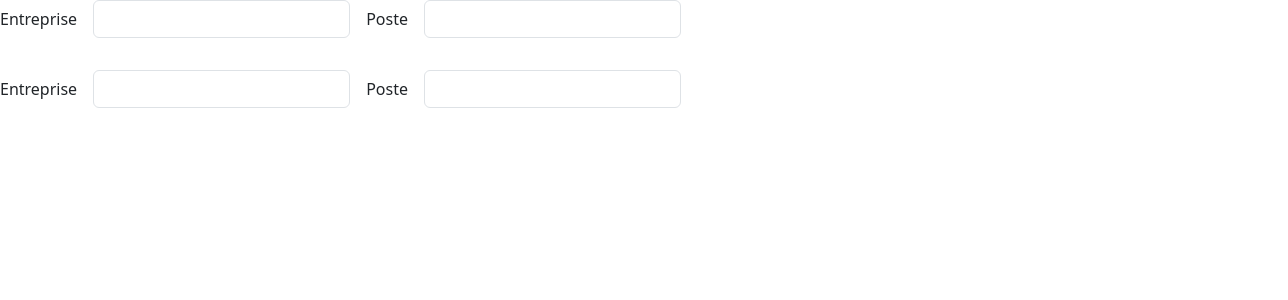
Repository: moAllElite/Examen-EJB-WEB-EAR
Page: http://localhost/SearchJobsWeb/views/exp_form_skills/main.jsp
The author's editor kept a copy of each file at every save. The page is drawn from the files as they stood at one save, then again after the next save.
The browser window is 1280 px wide. The page is 1288 px wide, so the pictures cover 1288 px, including what lies to the right of the window. The pictures show the whole page.
The page is served by Tomcat 9. Nobody is signed in. The application's start-up code is not run. Other server files are loaded and not shown.

Above is the page before, as saved 2023-03-25 22:13:32.

### SearchJobsWeb/src/main/webapp/views/exp_form_skills/main.jsp
<%@ page language="java" contentType="text/html; charset=ISO-8859-1"
    pageEncoding="ISO-8859-1"%>
<!DOCTYPE html>
<html>
<head>
<meta charset="ISO-8859-1">
<title>Insert title here</title>
	 <link href="https://cdn.jsdelivr.net/npm/bootstrap@5.3.0-alpha1/dist/css/bootstrap.min.css" rel="stylesheet" integrity="sha384-GLhlTQ8iRABdZLl6O3oVMWSktQOp6b7In1Zl3/Jr59b6EGGoI1aFkw7cmDA6j6gD" crossorigin="anonymous">

	</head>
	<body>
		<!-- Example Code -->

	    <div class="row g-3 align-items-center">
		      <div class="col-auto">
		        <label for="inputPassword6" class="col-form-label">Entreprise</label>
		      </div>
		      <div class="col-auto">
		        <input type="text"  class="form-control"  aria-describedby="addon-wrapping">
		      </div>
		      <div class="col-auto">
		      <label for="inputPassword6" class="col-form-label">Poste</label>
		    </div>
		    <div class="col-auto">
		      <input type="text"  class="form-control"  aria-describedby="addon-wrapping">
		    </div>
	  	</div>
	  	<!-- Example Code -->

	    <div class="row g-3 align-items-center mt-3">
	      <div class="col-auto">
	        <label for="inputPassword6" class="col-form-label">Entreprise</label>
	      </div>
	      <div class="col-auto">
	        <input type="text"  class="form-control"  aria-describedby="addon-wrapping">
	      </div>
	      <div class="col-auto">
	      <label for="inputPassword6" class="col-form-label">Poste</label>
	    </div>
	    <div class="col-auto">
	      <input type="text"  class="form-control"  aria-describedby="addon-wrapping">
	    </div>
	  </div>
	  	<script src="https://cdn.jsdelivr.net/npm/@popperjs/core@2.11.6/dist/umd/popper.min.js" integrity="sha384-oBqDVmMz9ATKxIep9tiCxS/Z9fNfEXiDAYTujMAeBAsjFuCZSmKbSSUnQlmh/jp3" crossorigin="anonymous"></script>
		<script src="https://cdn.jsdelivr.net/npm/bootstrap@5.3.0-alpha1/dist/js/bootstrap.min.js" integrity="sha384-mQ93GR66B00ZXjt0YO5KlohRA5SY2XofN4zfuZxLkoj1gXtW8ANNCe9d5Y3eG5eD" crossorigin="anonymous"></script>

	</body>
</html>

After the next save:
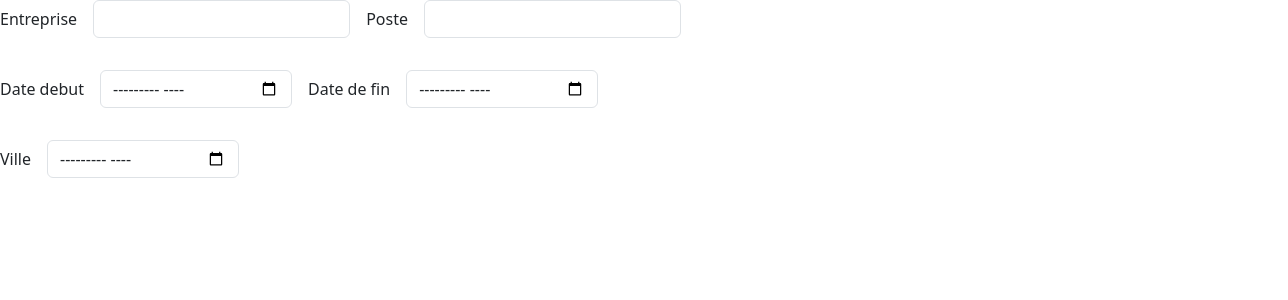
Saved 2 min 33 s later.
--- a/SearchJobsWeb/src/main/webapp/views/exp_form_skills/main.jsp
+++ b/SearchJobsWeb/src/main/webapp/views/exp_form_skills/main.jsp
@@ -29,17 +29,25 @@
 
 	    <div class="row g-3 align-items-center mt-3">
 	      <div class="col-auto">
-	        <label for="inputPassword6" class="col-form-label">Entreprise</label>
+	        <label for="inputPassword6" class="col-form-label">Date debut</label>
 	      </div>
 	      <div class="col-auto">
-	        <input type="text"  class="form-control"  aria-describedby="addon-wrapping">
+	        <input type="month" name="datedb"  class="form-control" required="required"  aria-describedby="addon-wrapping">
 	      </div>
 	      <div class="col-auto">
-	      <label for="inputPassword6" class="col-form-label">Poste</label>
+	      <label for="inputPassword6" class="col-form-label">Date de fin</label>
 	    </div>
 	    <div class="col-auto">
-	      <input type="text"  class="form-control"  aria-describedby="addon-wrapping">
+	      <input type="month"  name="datefn" required="required" class="form-control"  aria-describedby="addon-wrapping">
 	    </div>
+	    <div class="row g-3 align-items-center mt-3">
+	      <div class="col-auto">
+	        <label for="inputPassword6" class="col-form-label">Ville</label>
+	      </div>
+	      <div class="col-auto">
+	        <input type="month" name="datedb"  class="form-control" required="required"  aria-describedby="addon-wrapping">
+	      </div>
+	      </div>
 	  </div>
 	  	<script src="https://cdn.jsdelivr.net/npm/@popperjs/core@2.11.6/dist/umd/popper.min.js" integrity="sha384-oBqDVmMz9ATKxIep9tiCxS/Z9fNfEXiDAYTujMAeBAsjFuCZSmKbSSUnQlmh/jp3" crossorigin="anonymous"></script>
 		<script src="https://cdn.jsdelivr.net/npm/bootstrap@5.3.0-alpha1/dist/js/bootstrap.min.js" integrity="sha384-mQ93GR66B00ZXjt0YO5KlohRA5SY2XofN4zfuZxLkoj1gXtW8ANNCe9d5Y3eG5eD" crossorigin="anonymous"></script>
